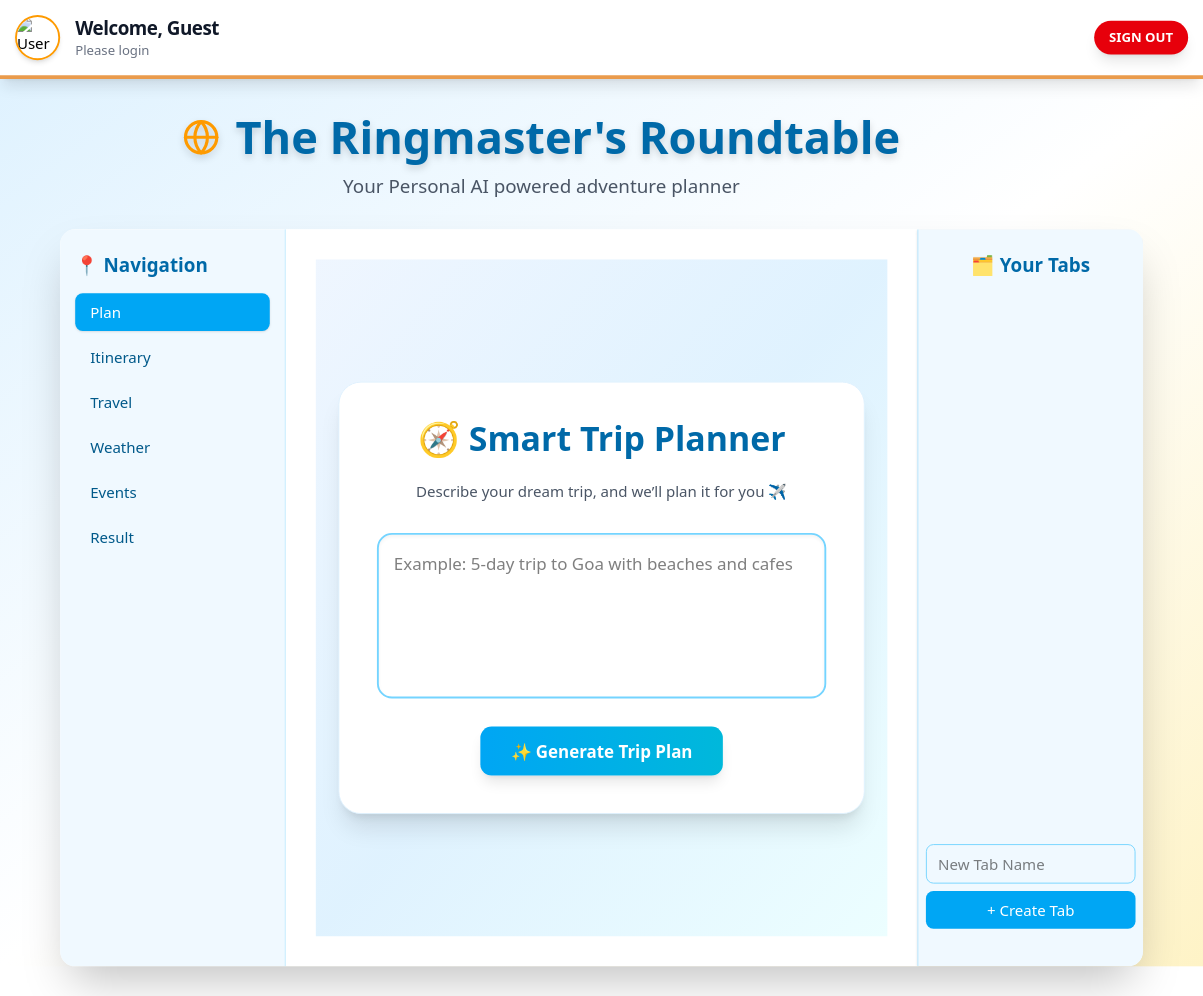
Repository: vega2006/The-Ringmaster-s-Roundtable
Page: /prompt (app in client/)
These files come from the project's save history. The page is drawn as it stood at one moment and after the next save; the edit follows.
The browser window is 1280 px wide. The pictures show the whole page, at 94% of full size.
The page's requests for data from a server got no answer. The project was rebuilt for these pictures with package versions that can differ from the ones it lists, and the page was loaded fresh each time. No one was signed in, and anything a server would have sent is missing. Also part of the build but not shown: client/vite.config.js, client/src/components/GoogleLogin.jsx, client/src/components/NotFound.jsx, client/src/components/Sidebar.jsx, client/src/components/PlanInput.jsx, client/src/components/WeatherContent.jsx, client/src/components/TravelContent.jsx, client/src/components/ItineraryContent.jsx and 8 more.

Above is the page before, as saved 2025-10-10 18:27:12.

After the next save:
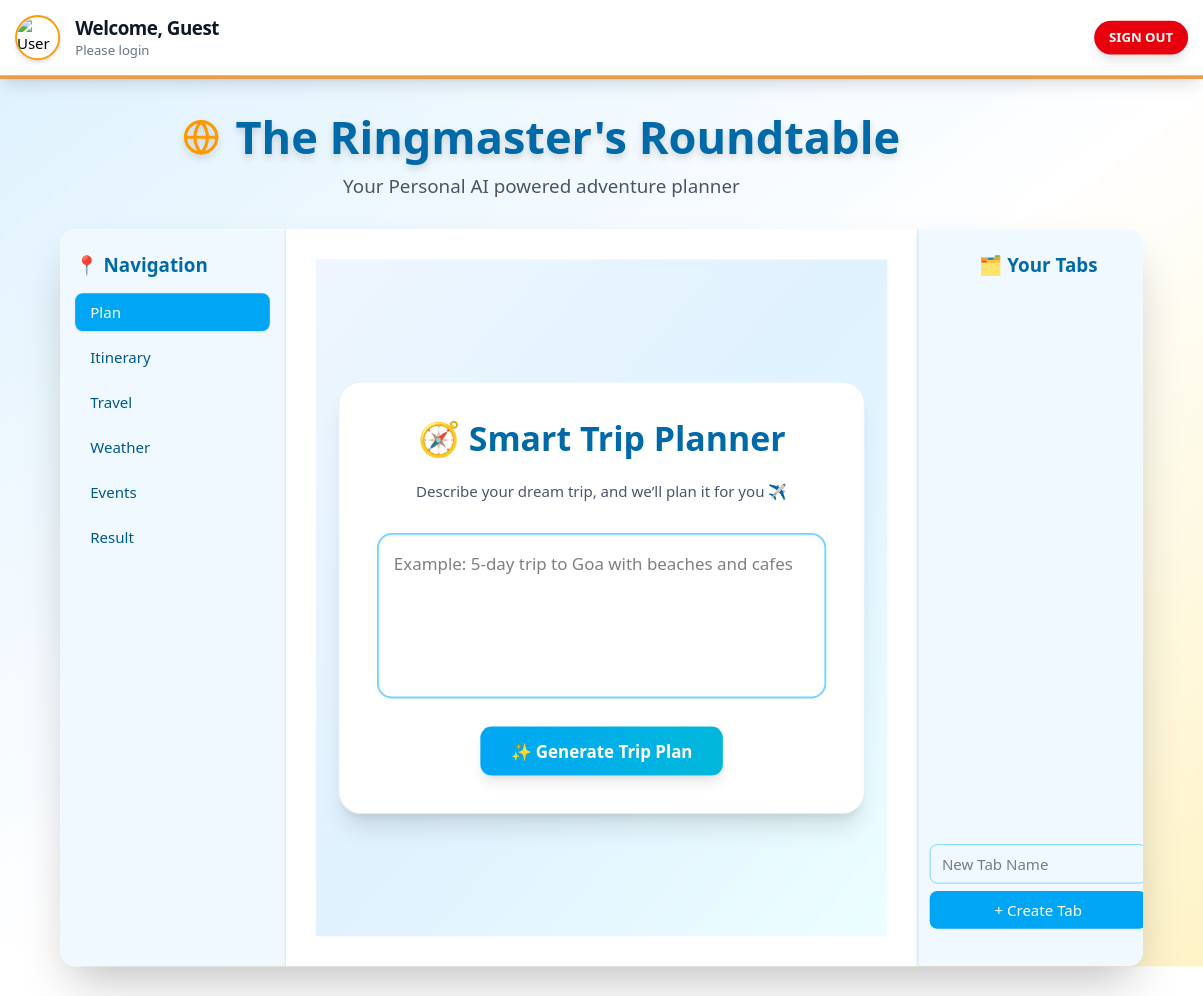
Saved 108 s later.
--- a/client/src/components/TabBar.jsx
+++ b/client/src/components/TabBar.jsx
@@ -1,5 +1,5 @@
 import { useState, useEffect } from "react";
-import { Trash2 } from "lucide-react"; // 🗑️ import trash icon
+import { Trash2 } from "lucide-react";
 import { useTrip } from "../contexts/TripContext";
 
 export default function RightSidebar() {
@@ -18,11 +18,12 @@ export default function RightSidebar() {
   const [tabs, setTabs] = useState([]);
   const [newTabName, setNewTabName] = useState("");
   const [loading, setLoading] = useState(false);
+  const [selectedTabId, setSelectedTabId] = useState(null); // ✅ For UI highlight
 
   const userData = JSON.parse(localStorage.getItem("user-info"));
   const userId = userData?.userId;
 
-  // Fetch tabs
+  // Fetch all tabs
   useEffect(() => {
     async function fetchTabs() {
       try {
@@ -42,6 +43,7 @@ export default function RightSidebar() {
 
   const handleTabClick = async (tab) => {
     setTabId(tab.tabId);
+    setSelectedTabId(tab.tabId); // ✅ Reflect in UI
     try {
       const response = await fetch("http://localhost:4000/api/mcp-server/tripDetails", {
         method: "POST",
@@ -80,6 +82,7 @@ export default function RightSidebar() {
         body: JSON.stringify({ userId, tabName: newTabName }),
       });
       setNewTabName("");
+
       // Re-fetch tabs
       const updated = await fetch("http://localhost:4000/api/tabs", {
         method: "POST",
@@ -97,16 +100,13 @@ export default function RightSidebar() {
     setLoading(true);
     try {
       await fetch("http://localhost:4000/api/tabs/deleteTab", {
-        method: "POST", // or DELETE if supported
+        method: "POST",
         headers: { "Content-Type": "application/json" },
         body: JSON.stringify({ userId, tabId }),
       });
 
-      // Update local state
       setTabs((prev) => prev.filter((t) => t.tabId !== tabId));
-      if (activeTab === tabId) {
-        setActiveTab(null);
-      }
+      if (selectedTabId === tabId) setSelectedTabId(null);
     } catch (err) {
       console.error("Error deleting tab:", err);
       alert("Failed to delete tab. Please try again.");
@@ -116,30 +116,29 @@ export default function RightSidebar() {
   };
 
   return (
-    <aside className="bg-sky-50 border-l border-sky-200 py-6 px-2 w-60 flex-shrink-0 flex flex-col shadow-sm">
-      <h2 className="text-xl font-semibold mb-4 text-sky-700 flex items-center justify-center">
-        🗂 Your Tabs
-      </h2>
+    <aside className="bg-sky-50 border-l border-sky-200 py-6 px-3 w-64 flex-shrink-0 flex flex-col shadow-md transition-all">
+      <h2 className="text-xl font-semibold mb-4 text-sky-700 text-center">🗂 Your Tabs</h2>
 
       <div className="flex flex-col space-y-2 mb-4 overflow-y-auto max-h-[60vh] scrollbar-thin scrollbar-thumb-sky-200">
         {tabs.map((tab) => (
           <div
             key={tab.tabId}
+            onClick={() => handleTabClick(tab)}
             className={`flex items-center justify-between px-3 py-2 rounded-lg transition-all duration-200 cursor-pointer group ${
-              activeTab === tab.name
-                ? "bg-sky-100 border border-sky-300"
-                : "hover:bg-sky-100"
+              selectedTabId === tab.tabId
+                ? "bg-sky-100 border border-sky-300 shadow-sm ring-2 ring-sky-400"
+                : "hover:bg-sky-100 hover:shadow-sm"
             }`}
           >
-            <button
-              onClick={() => handleTabClick(tab)}
-              className="flex-1 text-left font-medium text-sky-800 truncate group-hover:text-sky-900"
-            >
+            <span className="flex-1 text-left font-medium text-sky-800 truncate group-hover:text-sky-900">
               {tab.name}
-            </button>
+            </span>
 
             <button
-              onClick={() => handleDeleteTab(tab.tabId)}
+              onClick={(e) => {
+                e.stopPropagation();
+                handleDeleteTab(tab.tabId);
+              }}
               disabled={loading}
               className="text-sky-400 hover:text-red-500 opacity-80 hover:opacity-100 transition-all duration-200 p-1 rounded-full hover:bg-red-50 hover:scale-110"
               title="Delete Tab"
